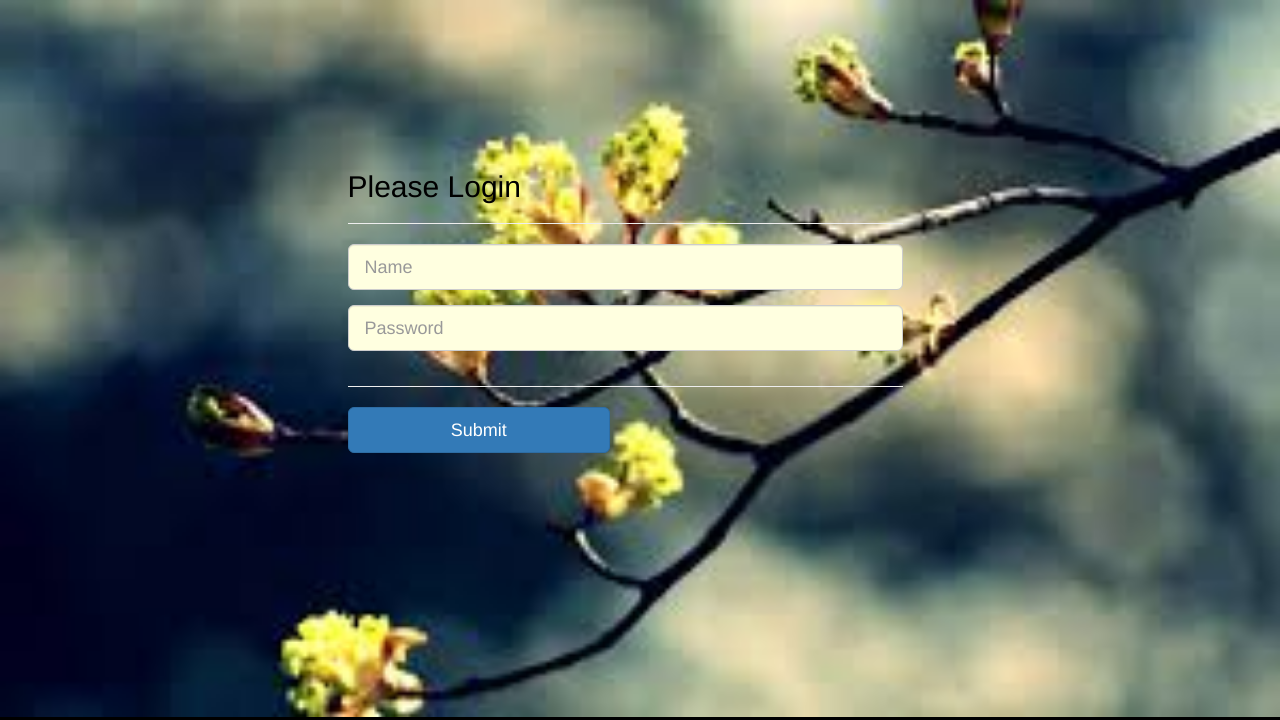
Repository: 123poornima/UpdatedSecondProject
Page: frontendPro/WebContent/_user/login.html
The author's editor kept a copy of each file at every save. The page is drawn from the files as they stood at one save, then again after the next save.
The browser window is 1280 px wide. The pictures show the whole page.

Above is the page before, as saved 2017-01-10 12:47:50.

After the next save:
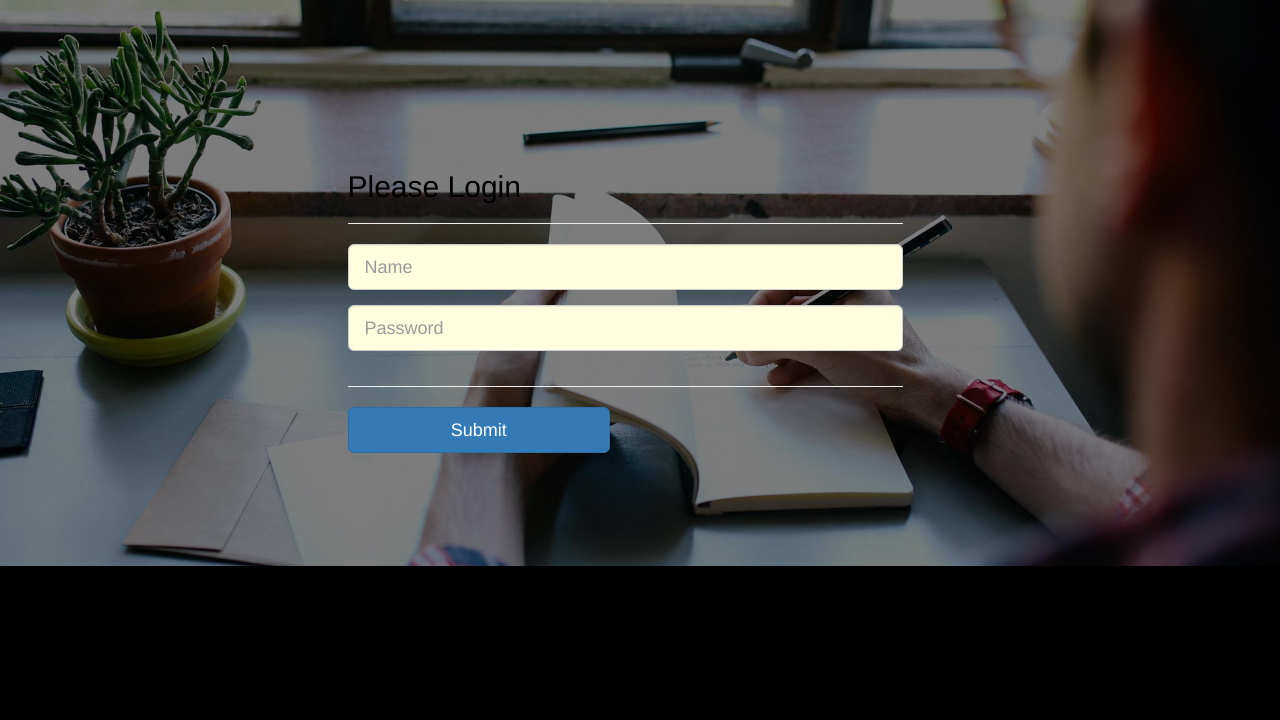
Saved 21 s later.
--- a/frontendPro/WebContent/_user/login.html
+++ b/frontendPro/WebContent/_user/login.html
@@ -12,7 +12,7 @@
 <title>Insert title here</title>
 <style>
 body{
-background-image: url(resources/images/secpro4.jpg);
+background-image: url(resources/images/banner-bg.jpg);
 background-size:     cover;
     background-repeat:   no-repeat;
     background-color:black;
